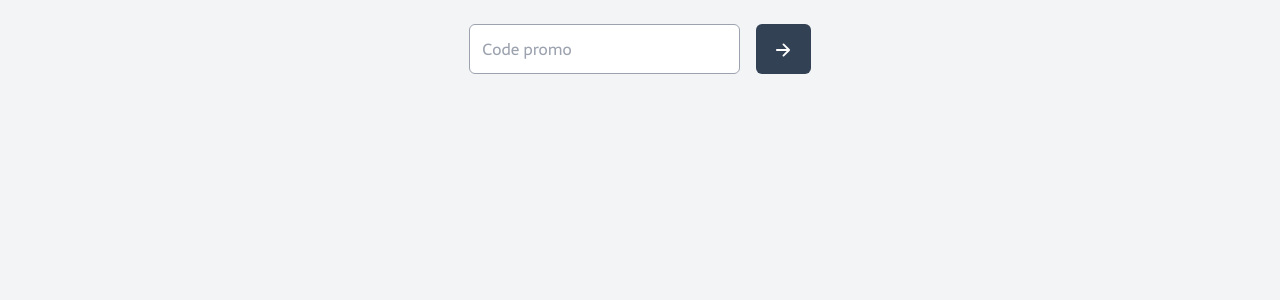
Repository: darlino/gotyu_shopify_section
Page: reduction_input210223/index.html
The author's editor kept a copy of each file at every save. The page is drawn from the files as they stood at one save, then again after the next save.
The browser window is 1280 px wide. The pictures show the whole page.
Some web libraries are served in a nearby version.

Above is the page before, as saved 2023-02-21 22:02:00.

After the next save:
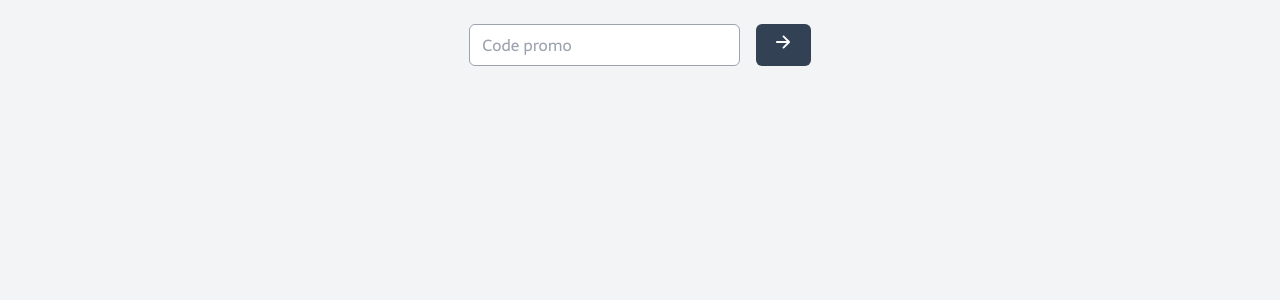
Saved 17 s later.
--- a/reduction_input210223/index.html
+++ b/reduction_input210223/index.html
@@ -36,11 +36,11 @@
             />
             <button
               type="text"
-              class="px-2 w-1/6 py-2 bg-slate-700 rounded-md text-center"
+              class="px-2 w-1/6 py-2 bg-slate-700 my-auto rounded-md text-center"
             >
               <ion-icon
                 name="arrow-forward-outline"
-                class="text-xl bg-none text-white mt-2"
+                class="text-xl bg-none text-white"
               ></ion-icon>
             </button>
           </div>

After the save that followed:
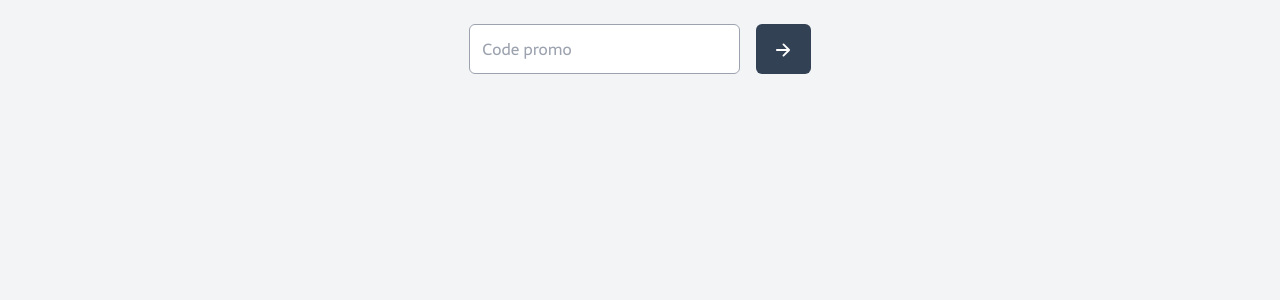
Saved 6 s later.
--- a/reduction_input210223/index.html
+++ b/reduction_input210223/index.html
@@ -40,7 +40,7 @@
             >
               <ion-icon
                 name="arrow-forward-outline"
-                class="text-xl bg-none text-white"
+                class="text-xl bg-none text-white pt-2"
               ></ion-icon>
             </button>
           </div>
